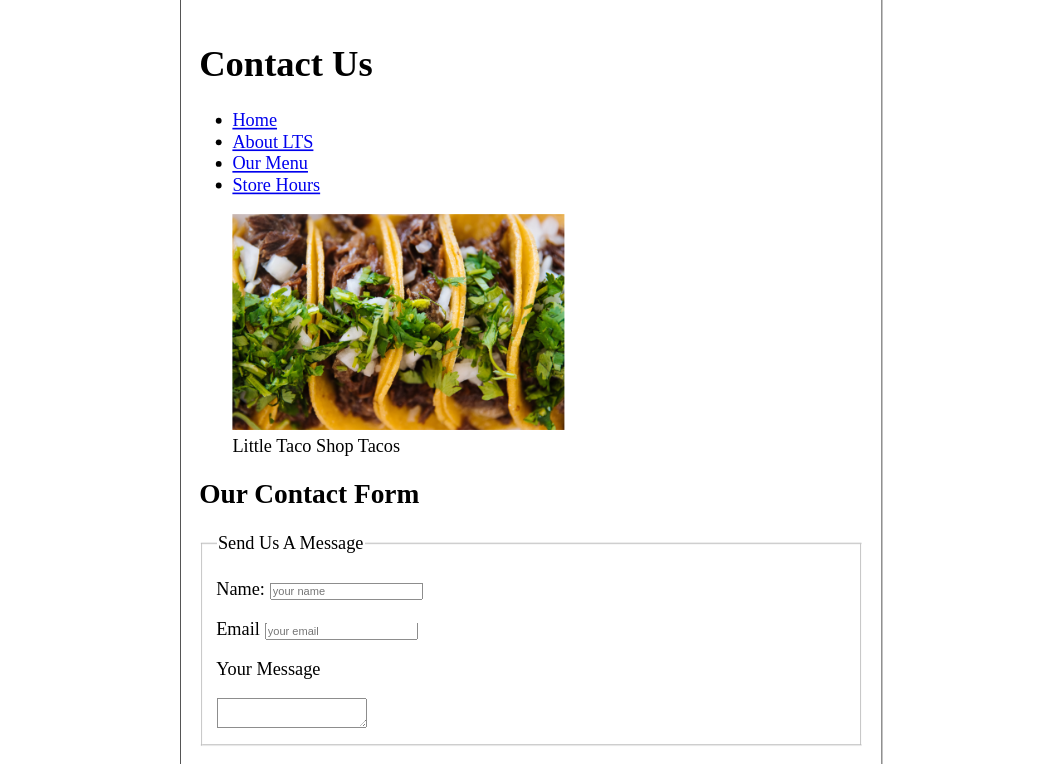
Repository: Israa-Odeh/html-basics-project
Page: contact.html
These files come from the project's save history. The page is drawn as it stood at one moment and after a run of saves; the edit follows.
The browser window is 1280 px wide. The pictures show the whole page, at 83% of full size.

Above is the page before, as saved 2024-08-20 03:07:59.

### contact.html
<!DOCTYPE html>
<html>

<head>
    <meta charset="UTF-8">
    <meta name="author" content="Israa Odeh">
    <meta name="description"
        content="Get in touch with Little Taco Shop! Visit our Contact Us page for our phone number, and location details. We are here to help with any questions or feedback.">
    <title>Contact Us - LTS</title>
    <link rel="icon" href="favicon.ico" type="image/x-icon">
    <link rel="stylesheet" href="css/style.css">
</head>

<body>
    <header>
        <h1>Contact Us</h1>
        <nav>
            <ul>
                <li>
                    <a href="index.html">Home</a>
                </li>
                <li>
                    <a href="index.html#about">About LTS</a>
                </li>
                <li>
                    <a href="index.html#menu">Our Menu</a>
                </li>
                <li>
                    <a href="hours.html">Store Hours</a>
                </li>
            </ul>
        </nav>
        <figure>
            <img src="img/tacos_close_up_400x260.png"
                alt="Close-up of a taco topped with fresh onions and vibrant parsley." width="400" height="260">
            <figcaption>Little Taco Shop Tacos</figcaption>
        </figure>
    </header>

    <main>
        <h2>Our Contact Form</h2>
        <form action="https://httpbin.org/post" method="post">
            <fieldset>
                <legend>Send Us A Message</legend>
                <p>
                    <label for="name">Name:</label>
                    <input type="text" id="name" name="name" placeholder="your name" required autocomplete="name">
                </p>
                <p>
                    <label for="email">Email</label>
                    <input type="email" id="email" name="email" placeholder="your email" required autocomplete="email">
                </p>
                <p>Your Message</p>
                <textarea name="messgae" id="message" cols=""></textarea>
            </fieldset>
        </form>

    </main>

    <footer>

    </footer>

</body>

</html>

Loaded but not shown: css/style.css (common file)

After the next 4 saves:
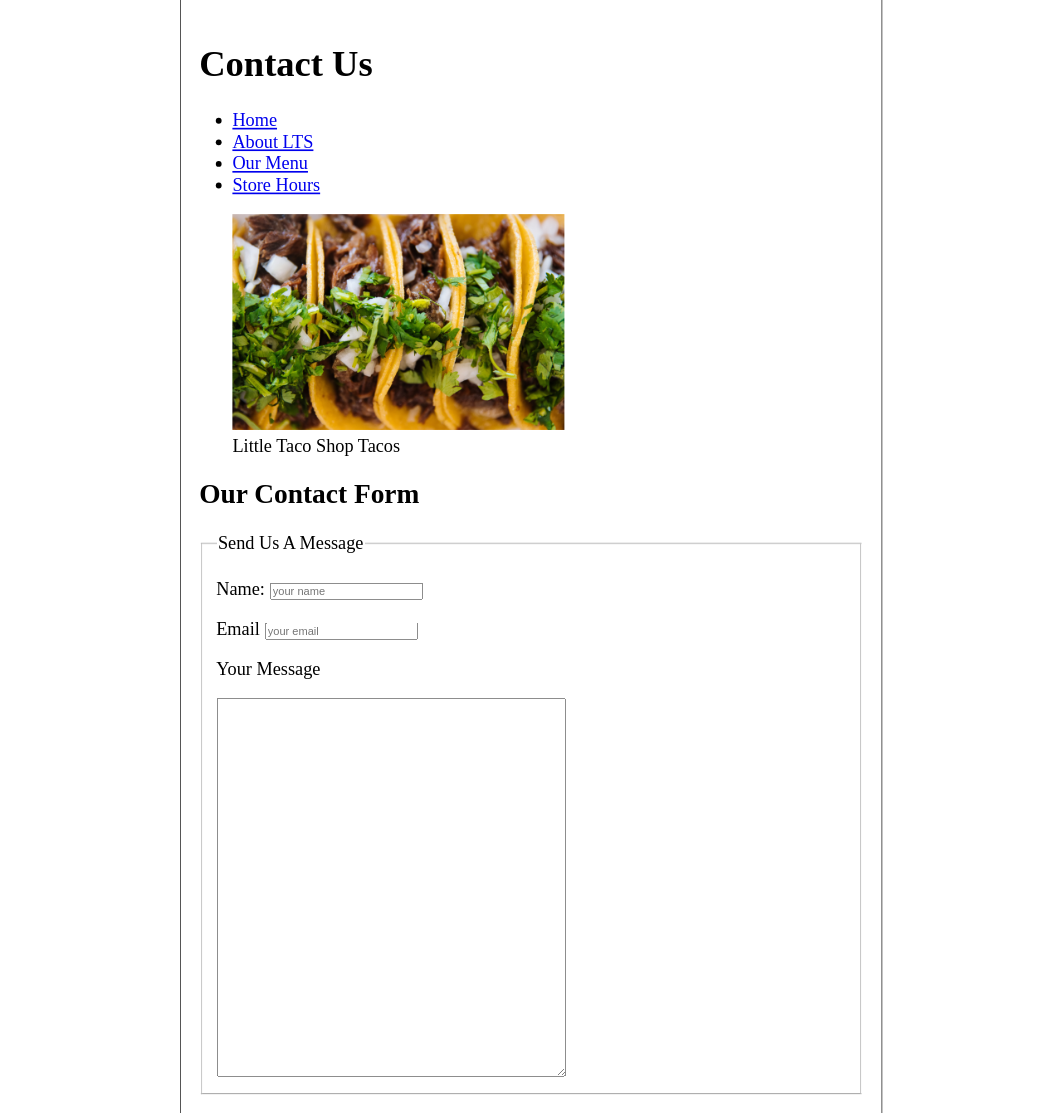
The 4 saves are shown as one change because they came seconds apart.
The last was saved 13 s later.
--- a/contact.html
+++ b/contact.html
@@ -51,7 +51,7 @@
                     <input type="email" id="email" name="email" placeholder="your email" required autocomplete="email">
                 </p>
                 <p>Your Message</p>
-                <textarea name="messgae" id="message" cols=""></textarea>
+                <textarea name="messgae" id="message" rows="30" cols="50"></textarea>
             </fieldset>
         </form>
 
